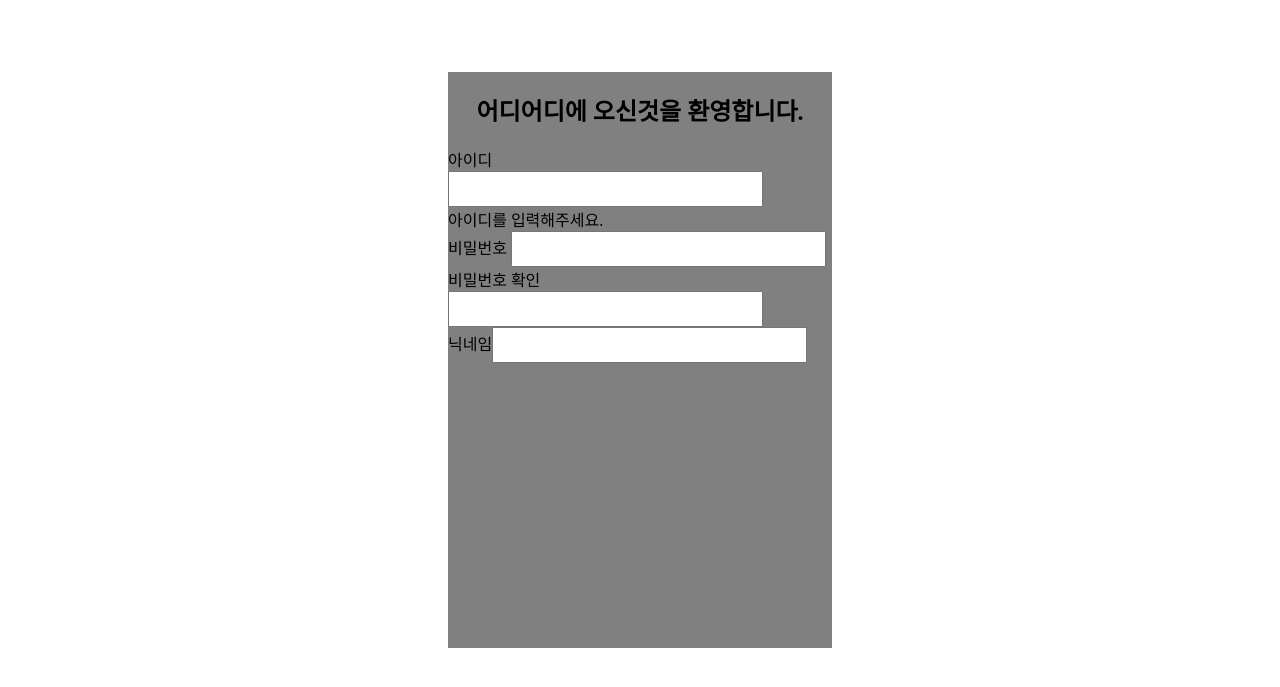
Repository: zzangyu/koreanFoodsProject
Page: http://localhost/koreanFoodsProject/koreanFoods/kFoods.do?cmd=signUp
These files come from the project's save history. The page is drawn as it stood at one moment and after the next save; the edit follows.
The browser window is 1280 px wide. The pictures show the whole page.
The page is served by Tomcat 9.

Above is the page before, as saved 2022-12-29 07:05:08.

After the next save:
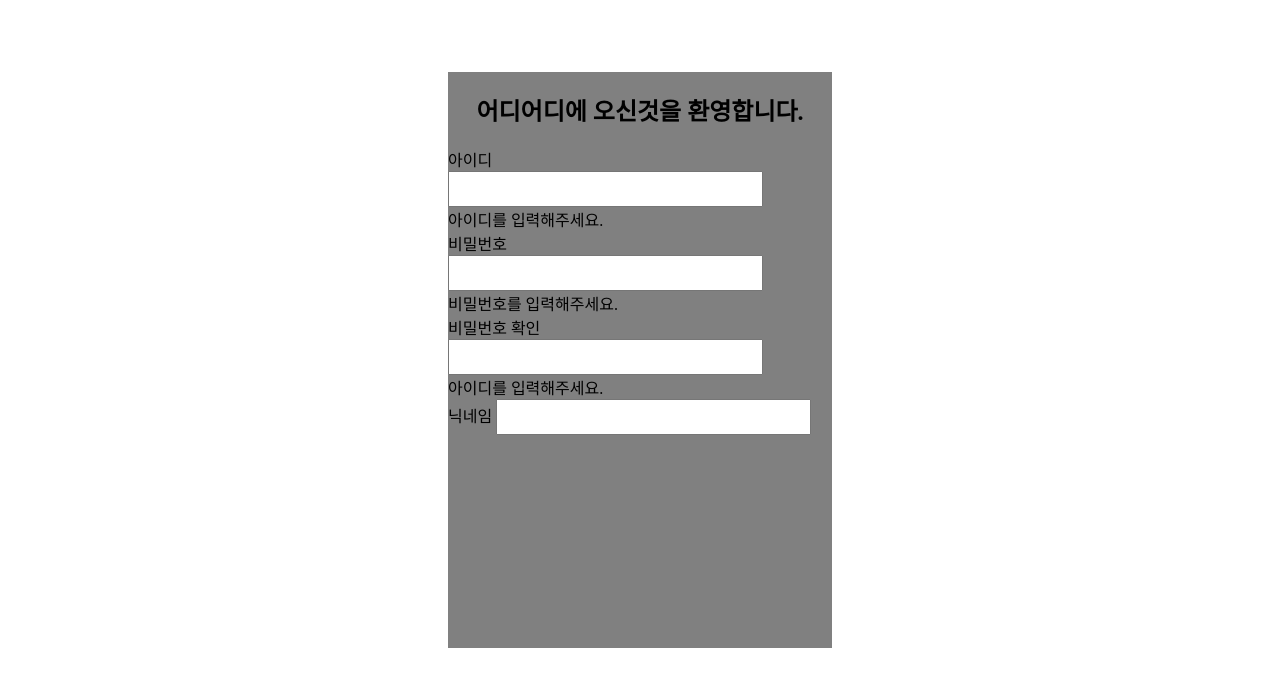
Saved 65 s later.
--- a/koreanFoodsProject/src/main/webapp/koreanFoods/signUp.jsp
+++ b/koreanFoodsProject/src/main/webapp/koreanFoods/signUp.jsp
@@ -20,13 +20,21 @@
 			</div>
 			<div>
 				<label>비밀번호</label>
-				<input type="password" name="kf_password" class="signUp_input">
+				<div>
+					<input type="password" name="kf_password" class="signUp_input">
+					<div id="signUp_idCheck">비밀번호를 입력해주세요.</div>
+				</div>
 			</div>
 			<div>
-				<label>비밀번호 확인</label><input type="password" name="kf_passwordCheck" class="signUp_input">
+				<label>비밀번호 확인</label>
+				<div>
+					<input type="password" name="kf_passwordCheck" class="signUp_input">
+					<div id="signUp_idCheck">아이디를 입력해주세요.</div>
+				</div>
 			</div>
 			<div>
-				<label>닉네임</label><input type="text" name="kf_nickname" class="signUp_input">
+				<label>닉네임</label>
+				<input type="text" name="kf_nickname" class="signUp_input">
 			</div>
 		</div>
 	</form>
